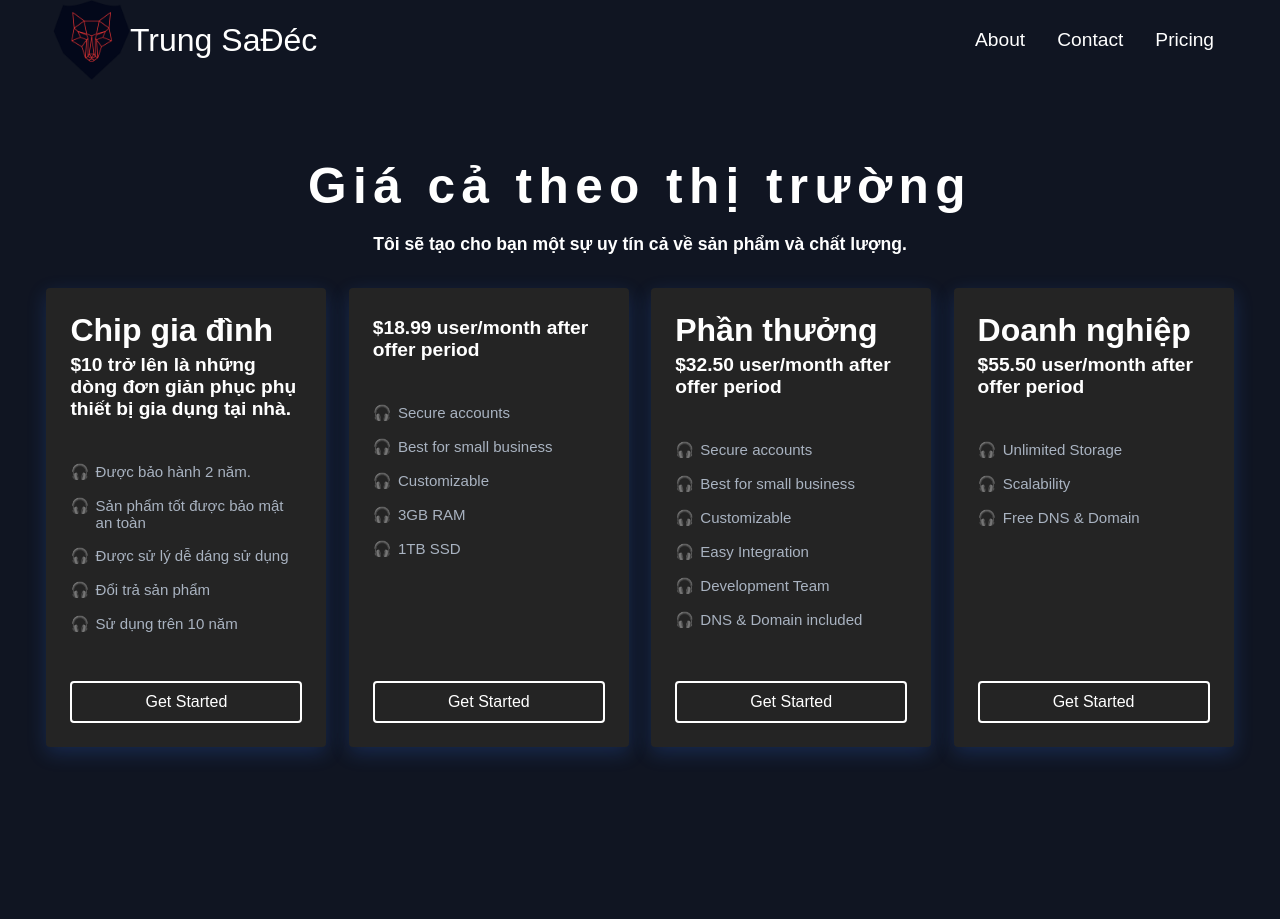
Repository: fdhhhdjd/Profile-Gift-B_H_Q_Trung
Page: /pricing
These files come from the project's save history. The page is drawn as it stood at one moment and after a run of saves; the edit follows.
The browser window is 1280 px wide. The pictures show the whole page.
The project was rebuilt for these pictures with package versions that can differ from the ones it lists, and the page was loaded fresh each time. Also part of the build but not shown: src/App.css, src/Pages/Home.js, src/Styles/HeroStyles.js, src/Components/Hero.js. Imported but missing from the stored project, and not drawn on this page: src/Pages/SignUpPage.

Above is the page before, as saved 2021-10-28 17:01:16.

### src/App.js
import logo from "./logo.svg";
import "./App.css";
import { BrowserRouter as Router, Switch, Route } from "react-router-dom";
import { Home, Navbar, GlobalStyles, PricingPage } from "./Imports/Index";
function App() {
  return (
    <>
      <Router>
        <GlobalStyles />
        <Navbar />
        <Switch>
          <Route path="/" exact component={Home} />
          <Route path="/pricing" exact component={PricingPage} />
        </Switch>
      </Router>
    </>
  );
}

export default App;

### src/Imports/Index.js
export { default as Home } from "../Pages/Home";
export { default as PricingPage } from "../Pages/PricingPage";
export { default as SignUpPage } from "../Pages/SignUpPage";
export { default as Navbar } from "../Components/Navbar";
export { default as GlobalStyles } from "../Styles/GlobalStyles";
export { default as Hero } from "../Components/Hero";

### src/Pages/PricingPage.js
import React from "react";
import { Button, Heading, TextWrapper } from "../Styles/GlobalStyles";
import { IconContext } from "react-icons/lib";
import {
  PricingSection,
  PricingWrapper,
  PricingContainer,
  PricingCardInfo,
  PricingCardPlan,
  PricingCardCost,
  PricingCardFeatures,
  PricingCardText,
  PricingCardFeature,
  PricingCard,
} from "../Styles/PricingStyles";
import { pricingData } from "../Data/PricingData";
const PricingPage = () => {
  return (
    <>
      <IconContext.Provider value={{ color: "#a9b3c1", size: "1rem" }}>
        <PricingSection id="pricing">
          <PricingWrapper>
            <Heading>Giá cả theo thị trường</Heading>

            <TextWrapper
              mb="1.4rem"
              weight="600"
              size="1.1rem"
              color="white"
              align="center"
            >
              <br />
              Tôi sẽ tạo cho bạn một sự uy tín cả về sản phẩm và chất lượng.
            </TextWrapper>
            <PricingContainer>
              {pricingData.map((card, index) => (
                <PricingCard key={index}>
                  <PricingCardInfo>
                    <PricingCardPlan>{card.title}</PricingCardPlan>
                    <PricingCardCost>{card.price}</PricingCardCost>
                    <PricingCardText>{card.description}</PricingCardText>
                    <PricingCardFeatures>
                      {card.features.map((feature, index) => (
                        <PricingCardFeature key={index}>
                          {feature}
                        </PricingCardFeature>
                      ))}
                    </PricingCardFeatures>
                    <Button>Get Started</Button>
                  </PricingCardInfo>
                </PricingCard>
              ))}
            </PricingContainer>
          </PricingWrapper>
        </PricingSection>
      </IconContext.Provider>
    </>
  );
};

export default PricingPage;

### src/Components/Navbar.js
import React, { useState } from "react";
import { data } from "../Data/NavbarData";
import { FaRProject, FaTimes } from "react-icons/fa";
import { CgMenuRight } from "react-icons/cg";
import { IconContext } from "react-icons";
import { useLocation, useHistory } from "react-router-dom";
import {
  Nav,
  NavbarContainer,
  NavIcon,
  NavLogo,
  MobileIcon,
  NavMenu,
  NavItem,
  NavLinks,
} from "../Styles/NavbarStyles";
const Navbar = () => {
  const [show, setShow] = useState(false);
  let history = useHistory();
  let location = useLocation();
  const handleClick = () => {
    setShow(!show);
  };
  const scrollTo = (id) => {
    const element = document.getElementById(id);

    element.scrollIntoView({
      behavior: "smooth",
    });
  };
  const closeMobileMenu = (to, id) => {
    if (id && location.pathname === "/") {
      scrollTo(id);
    }

    history.push(to);
    setShow(false);
  };

  return (
    <>
      <IconContext.Provider value={{ color: "#fff" }}>
        <Nav>
          <NavbarContainer>
            <NavLogo to="/">
              <NavIcon src="./assets/logo2.png" alt="logo" />
              Trung&nbsp;SaĐéc
            </NavLogo>
            <MobileIcon onClick={handleClick}>
              {show ? <FaTimes /> : <CgMenuRight />}
            </MobileIcon>
            <NavMenu show={show}>
              {data.map((el, index) => (
                <NavItem key={index}>
                  <NavLinks onClick={() => closeMobileMenu(el.to, el.id)}>
                    {el.title}
                  </NavLinks>
                </NavItem>
              ))}
            </NavMenu>
          </NavbarContainer>
        </Nav>
      </IconContext.Provider>
    </>
  );
};

export default Navbar;

### src/Styles/GlobalStyles.js
import styled, { createGlobalStyle } from "styled-components";

const GlobalStyle = createGlobalStyle`
  *{
    box-sizing: border-box;
  margin: 0;
  padding: 0;
  font-family: 'Montserrat', sans-serif;
  }
`;

export const Container = styled.div`
  width: 100%;
  max-width: 1300px;
  margin-right: auto;
  margin-left: auto;
  padding: 0 50px;

  @media screen and (max-width: 960px) {
    padding: 0 30px;
  }
`;
export const MainHeading = styled.h1`
  font-size: clamp(2.3rem, 6vw, 4.5rem);
  margin-bottom: 2rem;
  color: ${({ inverse }) => (inverse ? "$403ae3" : "#fff")};
  width: 100%;
  letter-spacing: 4px;
  text-align: center;
`;

export const Heading = styled.h2`
  font-size: clamp(1.3rem, 13vw, 3.1rem);
  margin: ${({ margin }) => (margin ? margin : "")};
  margin-bottom: ${({ mb }) => (mb ? mb : "")};
  margin-top: ${({ mt }) => (mt ? mt : "")};
  color: ${({ inverse }) => (inverse ? "$403ae3" : "#fff")};
  letter-spacing: 0.4rem;
  line-height: 1.06;
  text-align: center;
  width: ${({ width }) => (width ? width : "100%")};
`;
export const TextWrapper = styled.span`
  color: ${({ color }) => (color ? color : "")};
  font-size: ${({ size }) => (size ? size : "")};
  font-weight: ${({ weight }) => (weight ? weight : "")};
  letter-spacing: ${({ spacing }) => (spacing ? spacing : "")};
  padding: ${({ padding }) => (padding ? padding : "")};
  margin: ${({ margin }) => (margin ? margin : "")};
  margin-bottom: ${({ mb }) => (mb ? mb : "")};
  margin-top: ${({ mt }) => (mt ? mt : "")};
`;
export const Section = styled.section`
  padding: ${({ padding }) => (padding ? padding : "140px 0")};
  margin: ${({ margin }) => (margin ? margin : "")};
  background: ${({ inverse }) => (inverse ? "white" : "#071c2f")};
  position: ${({ position }) => (position ? position : "")};
  width: ${({ width }) => (width ? width : "auto")};
  min-width: ${({ minWidth }) => (minWidth ? minWidth : "auto")};
  max-width: ${({ maxWidth }) => (maxWidth ? maxWidth : "auto")};
  height: ${({ height }) => (height ? height : "auto")};
  max-height: ${({ maxHeight }) => (maxHeight ? maxHeight : "auto")};
  min-height: ${({ minHeight }) => (minHeight ? minHeight : "auto")};

  @media screen and (max-width: 768px) {
    padding: ${({ smPadding }) => (smPadding ? smPadding : "70px 0")};
  }
`;

export const Row = styled.div`
  display: flex;
  justify-content: ${({ justify }) => (justify ? justify : "")};
  align-items: ${({ align }) => (align ? align : "")};
  gap: ${({ gap }) => (gap ? gap : "")};
  padding: ${({ padding }) => (padding ? padding : "")};
  margin: ${({ margin }) => (margin ? margin : "")};
  position: ${({ position }) => (position ? position : "")};
  width: ${({ width }) => (width ? width : "auto")};
  min-width: ${({ minWidth }) => (minWidth ? minWidth : "auto")};
  max-width: ${({ maxWidth }) => (maxWidth ? maxWidth : "auto")};
  height: ${({ height }) => (height ? height : "auto")};
  max-height: ${({ maxHeight }) => (maxHeight ? maxHeight : "auto")};
  min-height: ${({ minHeight }) => (minHeight ? minHeight : "auto")};
  flex-wrap: ${({ wrap }) => (wrap ? wrap : "")};
`;

export const Column = styled.div`
  display: flex;
  flex-direction: column;
  justify-content: ${({ justify }) => (justify ? justify : "")};
  align-items: ${({ align }) => (align ? align : "")};
  gap: ${({ gap }) => (gap ? gap : "")};
  padding: ${({ padding }) => (padding ? padding : "")};
  margin: ${({ margin }) => (margin ? margin : "")};
  position: ${({ position }) => (position ? position : "")};
  width: ${({ width }) => (width ? width : "auto")};
  min-width: ${({ minWidth }) => (minWidth ? minWidth : "auto")};
  max-width: ${({ maxWidth }) => (maxWidth ? maxWidth : "auto")};
  height: ${({ height }) => (height ? height : "auto")};
  max-height: ${({ maxHeight }) => (maxHeight ? maxHeight : "auto")};
  min-height: ${({ minHeight }) => (minHeight ? minHeight : "auto")};
`;

export const Button = styled.button`
  border-radius: 4px;
  background: none;
  white-space: nowrap;
  padding: 10px 20px;
  font-size: 16px;
  color: #fff;
  outline: none;
  border: 2px solid #fff;
  cursor: pointer;
  overflow: hidden;
  position: relative;

  &:before {
    background: #fff;
    content: "";
    position: absolute;
    top: 50%;
    left: 50%;
    transform: translate(-50%, -50%);
    z-index: -1;
    transition: all 0.6s ease;
    width: 100%;
    height: 0%;
    transform: translate(-50%, -50%) rotate(45deg);
  }

  &:hover:before {
    height: 500%;
  }

  &:hover {
    color: black;
  }
`;

export default GlobalStyle;

### src/Styles/PricingStyles.js
import styled from "styled-components";

export const PricingSection = styled.div`
  padding: 160px 0;
  display: flex;
  flex-direction: column;
  justify-content: center;
  background: #101522;
`;

export const PricingWrapper = styled.div`
  display: flex;
  flex-direction: column;
  align-items: center;
  margin: 0 auto;

  @media screen and (max-width: 960px) {
    margin: 0 30px;
    display: flex;
    flex-direction: column;
    align-items: center;
  }
`;

export const PricingContainer = styled.div`
  display: flex;
  justify-content: center;
  flex-flow: wrap;
  > div {
    margin: 0.7rem;
  }

  @media screen and (max-width: 768px) {
    display: flex;
    flex-direction: column;
    justify-content: center;
    align-items: center;
    width: 100%;
    > div {
      width: 90%;
    }
  }
`;

export const PricingCard = styled.div`
  &:hover {
    transform: scale(1.06);
    transition: all 0.3s ease-out;
  }
`;

export const PricingCardInfo = styled.div`
  background: #242424;
  box-shadow: 0 6px 20px rgba(56, 125, 255, 0.2);
  width: 280px;
  text-decoration: none;
  border-radius: 4px;
  height: 100%;

  display: flex;
  flex-direction: column;
  padding: 24px;
  color: #fff;
  margin: auto;
  > button {
    margin-top: auto;

    &:hover {
      color: black;
      background: white;
      transition: background 0.3s ease;
    }
  }

  @media screen and (max-width: 768px) {
    width: 90%;

    &:hover {
      transform: none;
    }
  }
`;

export const PricingCardPlan = styled.h3`
  margin-bottom: 5px;
  font-size: 2rem;
`;

export const PricingCardCost = styled.h4`
  font-size: 1.2rem;
`;

export const PricingCardText = styled.p`
  font-size: 1.1rem;
  margin: 0.4rem 0 1.3rem;
  color: #a9b3c1;
`;

export const PricingCardFeatures = styled.ul`
  margin: 16px 0 32px;
  list-style: none;
  display: flex;
  flex-direction: column;
  color: #a9b3c1;
`;

export const PricingCardFeature = styled.li`
  margin-bottom: 1rem;
  display: flex;
  font-size: 0.94rem;

  &:before {
    content: "🎧";
    margin-right: 0.4rem;
  }
`;

### src/Data/PricingData.js
export const pricingData = [
  {
    title: "Chip gia đình",
    price:
      "$10 trở lên là những dòng đơn giản phục phụ thiết bị gia dụng tại nhà.",
    features: [
      "Được bảo hành 2 năm.",
      "Sản phẩm tốt được bảo mật an toàn",
      "Được sử lý dễ dáng sử dụng",
      "Đổi trả sản phẩm",
      "Sử dụng trên 10 năm",
    ],
  },
  {
    title: "",
    price: "$18.99 user/month after offer period",
    numAcc: "50-500 accounts",
    features: [
      "Secure accounts",
      "Best for small business",
      "Customizable",
      "3GB RAM",
      "1TB SSD",
    ],
  },
  {
    title: "Phần thưởng ",
    price: "$32.50 user/month after offer period",
    numAcc: "50-1000 accounts",
    features: [
      "Secure accounts",
      "Best for small business",
      "Customizable",
      "Easy Integration",
      "Development Team",
      "DNS & Domain included",
    ],
  },

  {
    title: "Doanh nghiệp",
    price: "$55.50 user/month after offer period ",
    numAcc: "1000+ Accounts",
    features: ["Unlimited Storage", "Scalability", "Free DNS & Domain"],
  },
];

### src/Data/NavbarData.js
export const data = [
  {
    to: "/",
    title: "About",
    id: "about",
  },
  {
    to: "/signup",
    title: "Contact",
  },
  {
    to: "/pricing",
    title: "Pricing",
  },
];

### src/Styles/NavbarStyles.js
import styled from "styled-components";
import { Container } from "../Styles/GlobalStyles";
import { Link } from "react-router-dom";
export const Nav = styled.nav`
  background: transparent;
  margin-bottom: -80px;
  height: 80px;
  display: flex;
  justify-content: center;
  align-items: center;
  font-size: 1.2rem;
  position: absolute;
  top: 0;
  z-index: 50;
  width: 100%;

  transition: background-color 0.3s ease-in;
`;

export const NavbarContainer = styled(Container)`
  display: flex;
  justify-content: start;
  height: 80px;

  ${Container}
`;

export const NavLogo = styled(Link)`
  color: #fff;
  justify-self: flex-start;
  cursor: pointer;
  text-decoration: none;
  font-size: 2rem;
  display: flex;
  align-items: center;
  z-index: 50;
`;

export const NavIcon = styled.img`
  margin-right: 0, 5rem;
  width: 5rem;
`;

export const MobileIcon = styled.div`
  display: none;
  z-index: 50;

  @media screen and (max-width: 960px) {
    display: block;
    position: absolute;
    top: 0;
    right: 0;
    transform: translate(-100%, 60%);
    font-size: 1.8rem;
    cursor: pointer;
  }
`;

export const NavMenu = styled.ul`
  display: flex;
  align-items: center;
  list-style: none;
  text-align: center;
  width: 100%;

  @media screen and (max-width: 960px) {
    flex-direction: column;
    width: 100%;
    height: 100vh;
    position: fixed;
    padding-top: 30%;
    top: 0;
    left: 0;
    opacity: ${({ show }) => (show ? 1 : 0)};
    visibility: ${({ show }) => (show ? "visible" : "hidden")};
    transform: translateY(${({ show }) => (show ? "0" : "-10px")});
    transition: opacity 0.5s ease;
    background-color: #071c2f;
  }

  > li:first-child {
    margin-left: auto;
  }
`;

export const NavItem = styled.li`
  height: 80px;
  cursor: pointer;

  @media screen and (max-width: 960px) {
    width: 100%;

    &:hover {
      border: none;
    }
  }
`;

export const NavLinks = styled.span`
  color: #fff;
  display: flex;
  align-items: center;
  text-decoration: none;
  padding: 0.5rem 1rem;
  height: 100%;

  &:hover {
    color: #c8c9d8;
    transition: all 0.3s ease;
  }

  @media screen and (max-width: 960px) {
    text-align: center;
    padding: 2rem;
    width: 100%;
    display: table;

    &:hover {
      color: #4b59f7;
      transition: all 0.3s ease;
    }
  }
`;

export const NavBtnLink = styled(Link)`
  display: flex;
  justify-content: center;
  align-items: center;
  text-decoration: none;
  padding: 8px 16px;
  height: 100%;
  width: 100%;
  border: none;
  outline: none;
`;

Loaded but not shown: public/index.html (common file); src/index.js (common file); src/index.css (common file); src/reportWebVitals.js (common file)

After the next 2 saves:
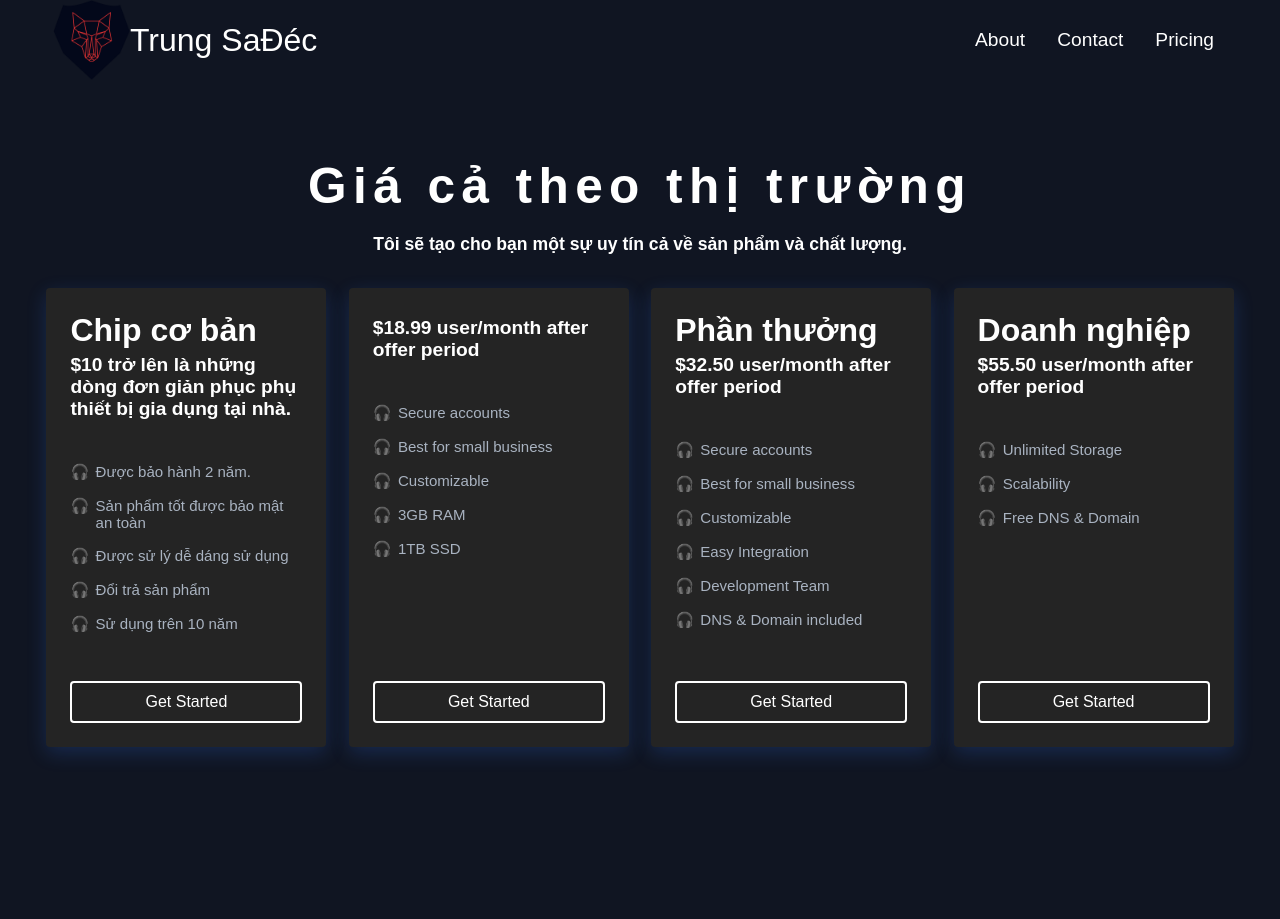
The 2 saves are shown as one change because they came seconds apart.
The last was saved 8 s later.
--- a/src/Data/PricingData.js
+++ b/src/Data/PricingData.js
@@ -1,6 +1,6 @@
 export const pricingData = [
   {
-    title: "Chip gia đình",
+    title: "Chip cơ bản",
     price:
       "$10 trở lên là những dòng đơn giản phục phụ thiết bị gia dụng tại nhà.",
     features: [
